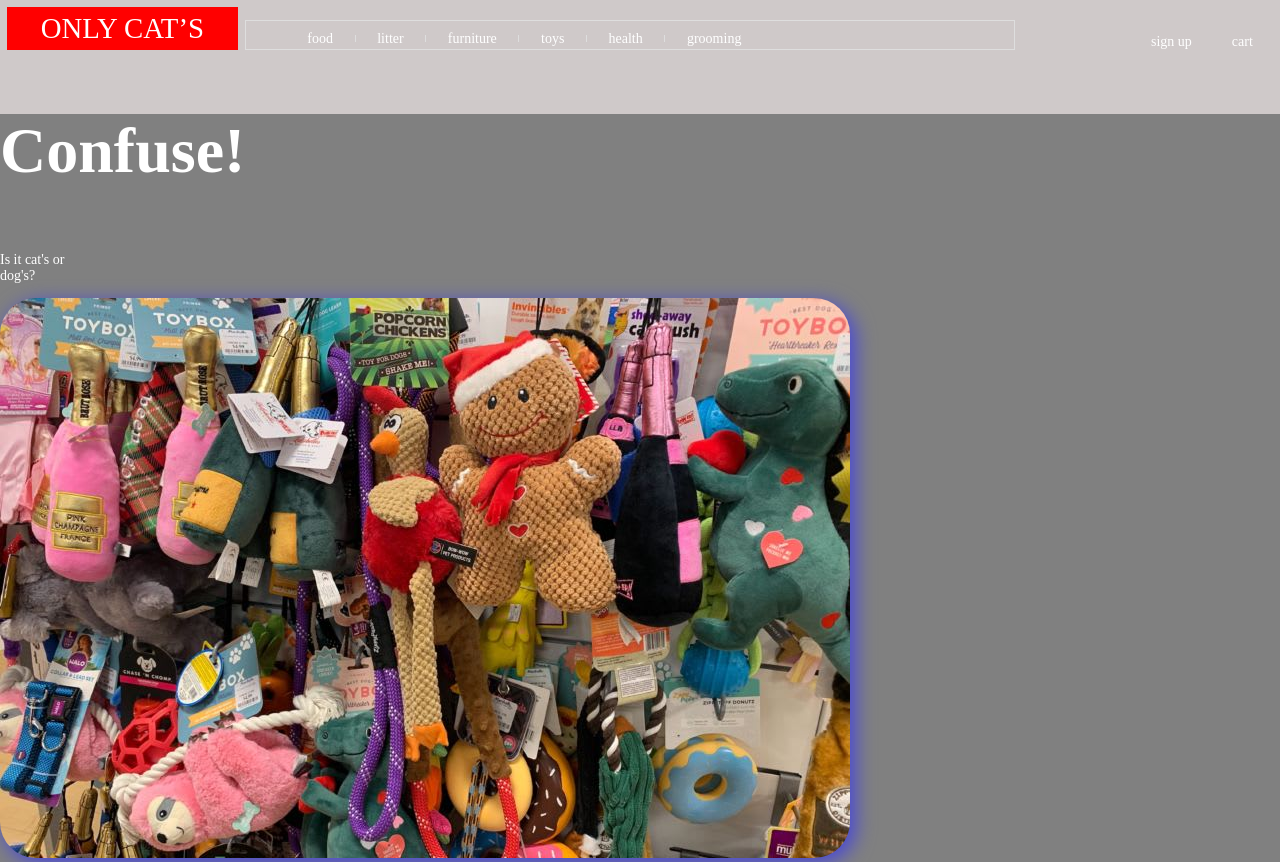
Repository: itson1115/chan_git
Page: cat/index2.html
The author's editor kept a copy of each file at every save. The page is drawn from the files as they stood at one save, then again after the next save.
The browser window is 1280 px wide. The pictures show the whole page.

Above is the page before, as saved 2021-09-02 04:23:45.

### cat/index2.html
<!DOCTYPE html>
<html lang="ko">
<head>
  <meta charset="UTF-8">
  <meta http-equiv="X-UA-Compatible" content="IE=edge">
  <meta name="viewport" content="width=device-width, initial-scale=1.0">
  <title>Document</title>
  <link rel="stylesheet" href="css/style2.css">
</head>
<body>
  <header>
    <div class="logo">ONLY CAT’S</div>
    <div class="navi">
      <nav>
        <ul>
          <li>food</li>
          <li>litter</li>
          <li>furniture</li>
          <li>toys</li>
          <li>health</li>
          <li>grooming</li>
        </ul>
      </nav>
    </div>
    <div class="my">
      <span>sign up</span><span>cart</span>
    </div>
  </header>
  <section class="container">
    <article class="confuse">
      <h1>Confuse!</h1>
      <p>Is it cat's or<br/>dog's?</p>
      <img src="images/toys.jpg"/>
    </article>
  </section>
</body>
</html>

### cat/css/style2.css
@import url("https://fonts.googleapis.com/css?family=Roboto:700");

:root {
  --title-text-show-delay: 0.5s;
  --title-text-show-duration: 0.5s;
  --title-rect-show-duration: 0.3s;
  --title-cats-show-duration: 0.4s;
  --title-rect-hide-delay: 2s;
}

body {
  margin: 0;
  padding: 0;
  background: #cfc9c9;
  color: white;
  font-size: 14px;
}

header {
  position: relative;
  height: 7vmin;
}

h1 {
  font-size: 4rem;
}

header .logo {
  margin: 1vmin 1vmin;
  float: left;
  width: 18vmax;
  height: 6vmin;
  background: red;
  text-align: center;
  font-size: 1.8rem;
  line-height: 6vmin;
}

header .navi {
  position: absolute;
  bottom: 0;
  border: 1px solid #dedede;
  display: inline-block;
  width: 60vmax;
  height: 4vmin;
  float: left;
}

header nav {
  text-align: center;
  line-height: 1vmin;
}

header nav ul {
  list-style-type: none;
  /* padding-left: 0; */
}

header nav li {
  float: left;
  padding: 0 3vmin;
  border-right: 1px solid #dedede;
}

header nav li:nth-last-child(1) {
  border-right: none;
}

header nav li:hover {
  color: #000;
  cursor: grab;
}

header::after {
  display: block;
  content: "";
  clear: both;
}

header .my {
  position: absolute;
  right: 1vmin;
  bottom: 0;
  display: inline-block;
}
header .my span {
  padding: 0 20px;
}
section.container {
  background: grey;
}

section > article.confuse > img {
  /* border: 3px solid gold; */
  border-radius: 5vmin;
  filter: drop-shadow(5px 5px 10px #4444dd);
}

After the next save:
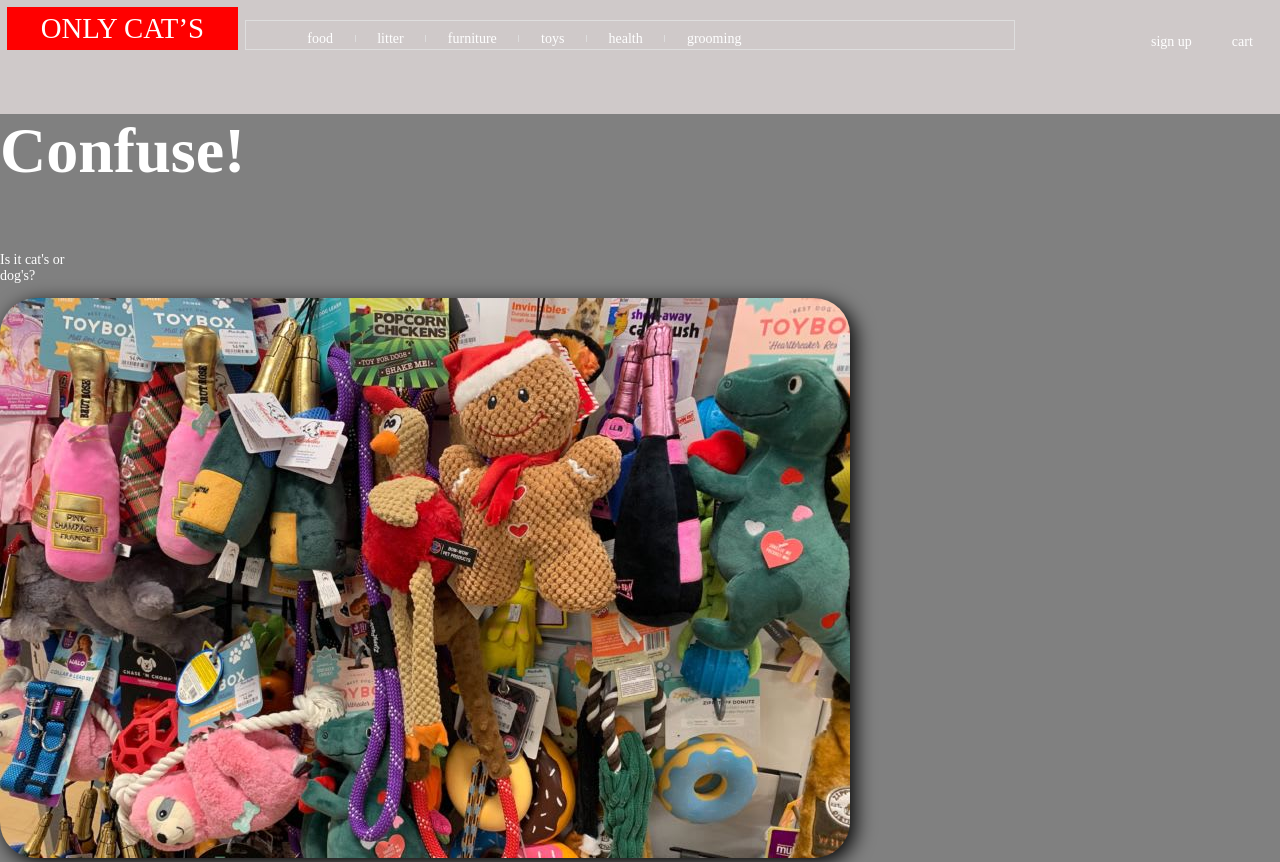
Saved 4 s later.
--- a/cat/css/style2.css
+++ b/cat/css/style2.css
@@ -93,5 +93,5 @@
 section > article.confuse > img {
   /* border: 3px solid gold; */
   border-radius: 5vmin;
-  filter: drop-shadow(5px 5px 10px #4444dd);
+  filter: drop-shadow(5px 5px 10px #000);
 }
